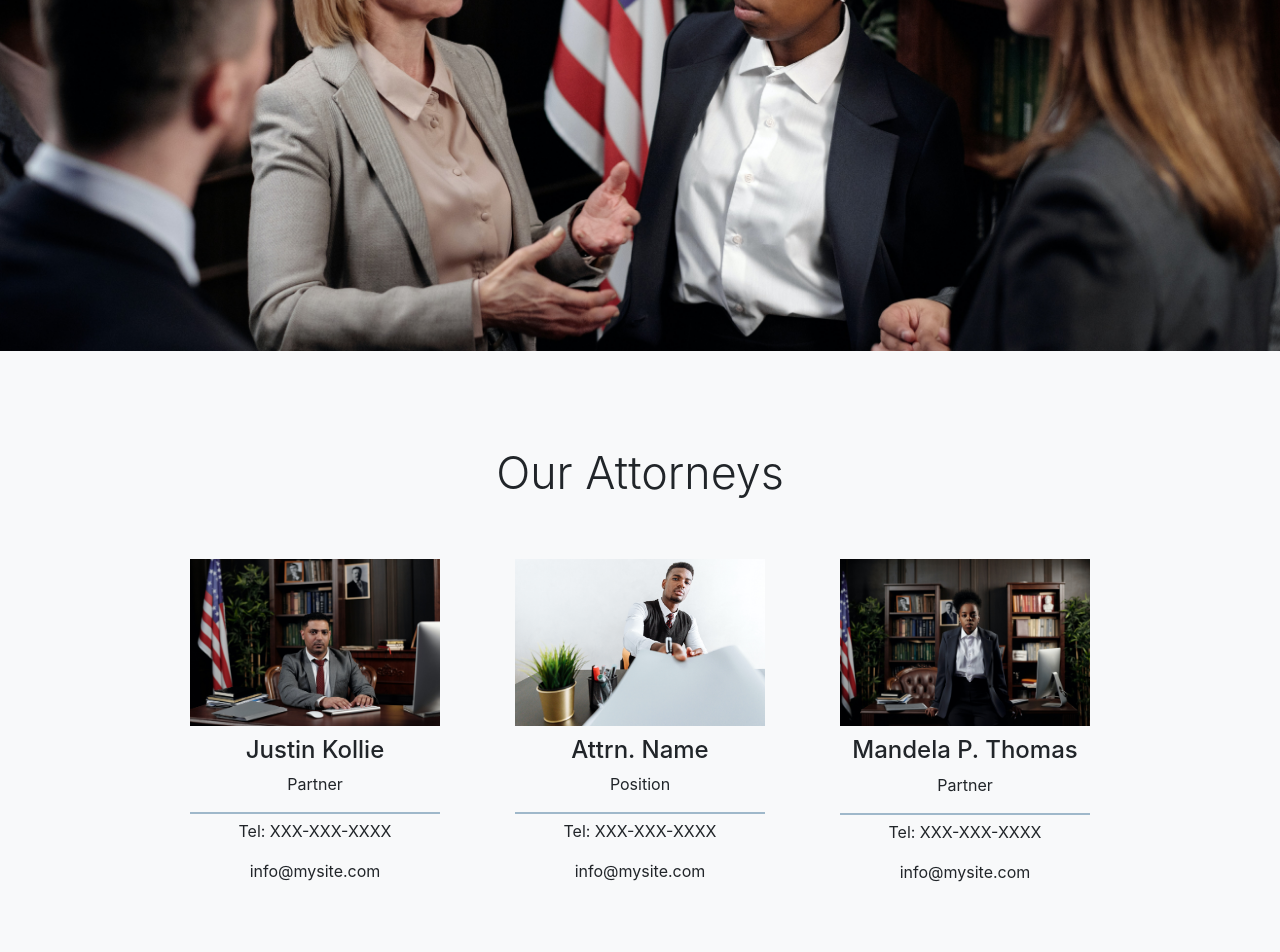
Repository: just-mann/kolllie-kolliellp
Page: index.html
These files come from the project's save history. The page is drawn as it stood at one moment and after a run of saves; the edit follows.
The browser window is 1280 px wide. The pictures show the part of the page from y = 2221 to 3173 px (the page is 4556 px tall).
Backgrounds fixed to the window are drawn as part of the page.

Above is the page before, as saved 2021-06-02 05:39:43.

### index.html
<!DOCTYPE html>
<html lang="en">
<head>
    <meta charset="UTF-8">
    <meta name="viewport" content="width=device-width, initial-scale=1.0">
    <meta http-equiv="X-UA-Compatible" content="ie=edge">
    <meta name="Description" content="Enter your description here"/>
    <!-- Font Awesome Icons -->
    <link rel="stylesheet" href="https://cdnjs.cloudflare.com/ajax/libs/font-awesome/5.15.3/css/all.min.css" referrerpolicy="no-referrer" />
    <link rel="stylesheet" href="https://cdnjs.cloudflare.com/ajax/libs/twitter-bootstrap/4.6.0/css/bootstrap.min.css">
    <link rel="stylesheet" href="https://cdnjs.cloudflare.com/ajax/libs/font-awesome/5.15.2/css/all.min.css">
    <link rel="stylesheet" href="assets/css/utilities.css">
    <link rel="stylesheet" href="assets/css/style.css">
    <title>Kollie & Thomas LLP</title>
</head>
<body>
    <nav class="myNavbar px-2 bg-light shadow-sm">
        <div class="myContainer">
            <a href="#" class="myLogo"><h3>Kollie & Thomas LLP</h3></a>
            <div class="links">
                <a href="#">Home</a>
                <a href="#practiceArea">Practice Areas</a>
                <a href="#ourVision">Our Vision</a>
                <a href="#ourAttorneys">Attorneys</a>
                <a href="#contact">Contact</a>
            </div>
            <i class="fas fa-bars fa-1x toggleBar"></i>
        </div>
    </nav>
    <section class="heroSection">
        <div class="myContainer">
            <h3><span>Boutique</span>Law Firm</h3>
            <p>Specializing in Commercial Law & Litigation, Insolvency & Fraud</p>
        </div>
    </section>
    <section class="practiceArea py-5 px-4 bg-light" id="practiceArea">
        <div class="myContainer py-5">
            <div class="practiceArreaDiv p-4">
                <div class="left__side px-3 py-4">
                    <h3><span>Practice</span> Areas</h3>
                </div>
                <div class="right__side px-3 py-4">
                    <ul>
                        <div class="left px-3">
                            <li><h4>Litigation</h4></li>
                            <p>Lorem ipsum dolor sit amet consectetur adipisicing elit. Accusamus cumque iusto quae minima?</p>
                            <li><h4>Insolvency</h4></li>
                            <p>Lorem ipsum dolor sit amet consectetur adipisicing elit. Accusamus cumque iusto quae minima?</p>
                            <li><h4>Dispute Resolution</h4></li>
                            <p>Lorem ipsum dolor sit amet consectetur adipisicing elit. Accusamus cumque iusto quae minima?</p>
                        </div>
                        <div class="right px-3">
                            <li><h4>Business</h4></li>
                            <p>Lorem ipsum dolor sit amet consectetur adipisicing elit. Accusamus cumque iusto quae minima?</p>
                            <li><h4>Fraud</h4></li>
                            <p>Lorem ipsum dolor sit amet consectetur adipisicing elit. Accusamus cumque iusto quae minima?</p>
                            <li><h4>Tax</h4></li>
                            <p>Lorem ipsum dolor sit amet consectetur adipisicing elit. Accusamus cumque iusto quae minima?</p>
                        </div>
                    </ul>
                </div>
            </div>
        </div>
    </section>
    <section class="ourVision px-4 py-5" id="ourVision">
        <div class="myContainer">
            <div class="ourVisionDiv py-5">
                <h3>Our Mission</h3>
                <div>
                    <p>Lorem, ipsum dolor sit amet consectetur adipisicing elit. Deleniti, libero. Voluptatem laboriosam ipsum esse sint deserunt laudantium accusamus nam veniam ad? A deserunt nostrum rerum?</p>
                </div>
                <div>
                    <p>Lorem, ipsum dolor sit amet consectetur adipisicing elit. Deleniti, libero. Voluptatem laboriosam ipsum esse sint deserunt laudantium accusamus nam veniam ad? A deserunt nostrum rerum?</p>
                </div>
                <div>
                    <p>Lorem, ipsum dolor sit amet consectetur adipisicing elit. Deleniti, libero. Voluptatem laboriosam ipsum esse sint deserunt laudantium accusamus nam veniam ad? A deserunt nostrum rerum?</p>
                </div>
            </div>
        </div>
    </section>
    <div class="parallaxImg">
        <!-- <img src="./assets/images/heroImage.jpg" alt="parallaxImg"> -->
    </div>
    <section class="ourAttorneys py-5 bg-light" id="ourAttorneys">
        <div class="myContainer py-5">
            <h3 class="text-center mb-5">Our Attorneys</h3>
            <div class="attorneysDiv">
                <div class="attCard">
                    <img src="./assets/images/attrny1.jpg" alt="att1">
                    <div class="firstDiv">
                        <h4>Justin Kollie</h4>
                        <p>Partner</p>
                    </div>
                    <div class="secondDiv">
                        <p>Tel: XXX-XXX-XXXX</p>
                        <p>info@mysite.com</p>
                    </div>
                </div>
                <div class="attCard">
                    <img src="./assets/images/attrny3.jpg" alt="att2">
                    <div class="firstDiv">
                        <h4>Attrn. Name</h4>
                        <p>Position</p>
                    </div>
                    <div class="secondDiv">
                        <p>Tel: XXX-XXX-XXXX</p>
                        <p>info@mysite.com</p>
                    </div>
                </div>
                <div class="attCard">
                    <img src="./assets/images/attrny2.jpg" alt="att1">
                    <div class="firstDiv">
                        <h4>Mandela P. Thomas</h4>
                        <p>Partner</p>
                    </div>
                    <div class="secondDiv">
                        <p>Tel: XXX-XXX-XXXX</p>
                        <p>info@mysite.com</p>
                    </div>
                </div>
            </div>
        </div>
    </section>
    <section class="contact py-5" id="contact">
        <div class="myContainer">
            <div class="contactDiv">
                <div class="left__side">
                    <h3>Contact Us</h3>
                </div>
                <div class="right__side">
                    <h4 class=><span>Our</span> Address</h4>
                    <div class="addressDiv">
                        <p>500 Terry Francois St. San Francisco, CA 94158</p>
                        <p>Email: info@mysite.com</p>
                        <p>Tel:  123-456-7890</p>
                    </div>
                    <div class="clickToFind my-4 py-4">
                        <a href="#">Click Here to Find Us</a>
                    </div>
                    <form action="">
                        <div class="left__side">
                            <div>
                                <label for="firstName">First Name *</label>
                                <input type="text" name="firstName" required>
                            </div>
                            <div>
                                <label for="lastName">Last Name *</label>
                                <input type="text" name="lastName" required>
                            </div>
                            <div>
                                <label for="email">Email *</label>
                                <input type="email" name="name" required>
                            </div>
                            <div>
                                <label for="subject">Subject *</label>
                                <input type="text" name="subject" required>
                            </div>
                        </div>
                        <!-- <div class="right__side"> -->
                            <label for="message" class="messageLabel">Message *</label>
                            <textarea name="message" id="message" cols="30" rows="10" required></textarea>
                        <!-- </div> -->
                        <div class="my-4">
                            <input type="submit" value="Send">
                        </div>
                    </form>
                </div>
            </div>
        </div>
    </section>
    <section class="backUpTop bg-dark text-center p-4">
        <div class="myContainer">
            <i class="fas fa-angle-double-up fa-2x text-light"></i>
        </div>
    </section>
    <footer class="footer">
        <div class="myContainer">
            <p>© 2021 Kollie & Thomas LLP. Proudly created by Justin Kollie</p>
        </div>
    </footer>
    <!-- Optional Scripts -->
    <script src="assets/scripts/myScript.js"></script>
    <script src="https://cdnjs.cloudflare.com/ajax/libs/jquery/3.5.1/jquery.slim.min.js"></script>
    <script src="https://cdnjs.cloudflare.com/ajax/libs/popper.js/1.16.1/umd/popper.min.js"></script>
    <script src="https://cdnjs.cloudflare.com/ajax/libs/twitter-bootstrap/4.6.0/js/bootstrap.min.js"></script>
</body>
</html>

### assets/css/utilities.css
:root {
    --primaryColor: #274f9bf3;
}

a {
    text-decoration: none;
}

a:hover {
    text-decoration: none;
}

ul li {
    list-style-type: square;
}

.myContainer {
    max-width: 1100px;
    margin: 0 auto;
    padding: 10px 25px;
}

### assets/css/style.css
* {
    padding: 0;
    margin: 0;
    box-sizing: border-box;
}

html {
    scroll-behavior: smooth;
}



/* Navbar */
.myNavbar {
    padding: 15px 0px;
    background-color: #ece6e6;
    position: sticky;
    top: 0;
    left: 0;
    width: 100%;
    z-index: 100;
}

.myNavbar .myContainer {
    display: flex;
    justify-content: space-between;
    align-items: center;
}

.myNavbar .myContainer .myLogo h3 {
    font-size: 1.5em;
}

.myNavbar .myContainer .links {
    display: flex;
    justify-content: center;
    align-items: center;
}

.toggleBar {
    font-size: 1.6em;
    display: none;
    transition: cursor 0.6s;
}

.toggleBar:hover {
    cursor: pointer;
}

.ourVision {
    background-color: #2f6d91da;
    color: white;
    /* padding: 30px 10px; */
}

.ourVisionDiv h3 {
    font-weight: 400;
    font-size: 2.6rem;
    text-align: left;
    margin-bottom: 25px;
    /* margin: 40px auto; */
}

.ourVisionDiv p {
    font-weight:300;
    font-size: 1.2rem;
    line-height: 2rem;
}

.parallaxImg {
    background-image: url('../images/parallaxImg.jpg');
    min-height: 500px;
    background-attachment: fixed;
    background-position: center;
    background-origin: center;
    background-repeat: no-repeat;
    background-size: cover;
}

.parallaxImg img {
    width: 100%;
}

.contact {
    position: relative;
    background: url('../images/contactBgImage.jpg') no-repeat center center / cover;
}

.contact::before {
    content: "";
    position: absolute;
    top: 0;
    left: 0;
    background: #2f6d91da;
    width: 100%;
    height: 100%;
}

.contact .myContainer * {
    display: flex;
    flex-direction: column;
    justify-content: center;
    align-items: flex-start;
    width: 100%;
    z-index: 50;
}

.contactDiv .left__side h3 {
    font-weight: 500;
    color: white;
}

.contactDiv .right__side h4 {
    font-weight: 300;
    color: white;
}

.contactDiv .right__side h4 span {
    font-weight: 600;
}

.contactDiv .right__side .addressDiv p {
    font-size: 1rem;
    font-weight: 400;
    margin: 5px 0px;
    color: white;
}

.contactDiv .right__side .clickToFind a {
    text-decoration: underline;
    font-size: 1.4rem;
    color: white;
}

form label {
    color: white;
    font-size: 1.3rem;
}

.backUpTop .myContainer i {
    font-weight: 600;
}

.backUpTop .myContainer i:hover {
    cursor: pointer;
}

input[type="submit"] {
    width: 100%;
    background-color: transparent;
    border: 2px solid white;
    border-radius: 5px;
    font-weight: 500;
    letter-spacing: 1px;
    display: flex;
    padding: 10px;
    color: white;
    justify-content: center;
    text-align: center;
}

form div input, textarea {
    border: 3px solid #223755;
    border-radius: 3px;
    padding: 5px 10px;
}

/* Non mobile */
.myNavbar .myContainer .links a {
    padding: 0px 10px;
    font-size: 16px;
    font-weight: 400;
    text-transform: uppercase;
}

/* Desktop Scree Size Starts */
@media screen and (min-width: 900px) {
    .heroSection {
        position: relative;
        background-image: url('../images/heroImage.jpg');
        min-height: 500px;
        background-attachment: fixed;
        background-position: center;
        background-origin: center;
        background-repeat: no-repeat;
        background-size: cover;
        height: 85vh;
        display: flex;
        justify-content: start;
        align-items: left;
        /* background-color: #ffffff;
        background: url('../images/heroImage.jpg') no-repeat center center / cover; */
    }

    .heroSection .myContainer {
        display: flex;
        flex-direction: column;
        width: 100%;
        align-items: start;
        z-index: 50;
        padding: 10px 50px;
        background-attachment: fixed;
    }

    .heroSection::before {
        position: absolute;
        content: "";
        top: 0;
        left: 0;
        background: rgba(47, 109, 145, 0.78);
        width: 40%;
        height: 100%;
        z-index: 0;
    }

    .heroSection .myContainer h3 span {
        color: white;
        font-size: 3rem;
        font-weight: 600;
        margin: 10px 0px;
        text-transform: uppercase;
        display: block;
    }

    .heroSection .myContainer h3 {
        color: white;
        font-size: 2rem;
        font-weight: 300;
        margin-top: 180px;
        text-transform: uppercase;
    }

    .heroSection .myContainer p {
        color: white;
        max-width: 320px;
        margin: 15px 0px;
        font-size: 1.4rem;
    }

    .practiceArea .myContainer .practiceArreaDiv {
        display: grid;
        grid-template-columns: 1fr 2fr;
        gap: 30px;
    }

    .practiceArreaDiv .right__side ul {
        display: grid;
        grid-template-columns: 1fr 1fr;
        gap: 25px;
    }

    .ourVision .myContainer .ourVisionDiv h3 {
        text-align: center;
    }

    .ourVision .myContainer .ourVisionDiv div {
        max-width: 650px;
        margin: 0 auto;
        text-align: center;
    }

    .ourAttorneys .myContainer .attorneysDiv {
        width: 100%;
        margin: 0 auto;
        display: flex;
        justify-content: space-evenly;

        /* grid-template-columns: repeat(3, 1fr); */
    }

    .ourAttorneys .myContainer .attorneysDiv .attCard {
        width: 250px;
        margin: 10px 0px;
    }

    .ourAttorneys .myContainer .attorneysDiv .attCard img {
        width: 100%;
    }

    .attCard .firstDiv {
        padding: 10px 0px 0px 0px;
        text-align: center;
        border-bottom: 2px solid #6991ac9d;
    }

    .secondDiv {
        text-align: center;
        padding: 5px 0px;
    }

    .ourAttorneys .myContainer h3 {
        text-align: center;
        font-size: 2.8em;
        font-weight: 350;
        margin-bottom: 25px;
    }

}


/* Desktop Screen Size Ends */


/* Responsive */
@media screen and (max-width: 900px) {
    .myNavbar .myContainer .links {
        display: none;
    }

    .toggleBar {
        display: block;
    }

    .heroSection {
        position: relative;
        height: 75vh;
        display: flex;
        justify-content: center;
        align-items: center;
        background-color: #ffffff;
        background: url('../images/heroImage.jpg') no-repeat center center / cover;
    }

    .heroSection .myContainer {
        display: flex;
        flex-direction: column;
        justify-content: center;
        align-items: start;
        z-index: 50;
    }

    .heroSection::before {
        position: absolute;
        content: "";
        top: 50;
        /* bottom: 40; */
        right: 0;
        background: rgba(47, 109, 145, 0.78);
        width: 95%;
        height: 70%;
        z-index: 0;
    }

    .heroSection .myContainer h3 span {
        color: white;
        font-size: 3rem;
        font-weight: 600;
        margin: 10px 0px;
        text-transform: uppercase;
        display: block;
    }

    .heroSection .myContainer h3 {
        color: white;
        font-size: 2rem;
        font-weight: 300;
        text-transform: uppercase;
    }

    .heroSection .myContainer p {
        color: white;
        max-width: 320px;
        margin: 15px 0px;
        font-size: 1.4rem;
    }

    .practiceArreaDiv .left__side h3 span {
        font-size: 2.5rem;
        text-transform: uppercase;
        display: block;
        font-weight: 600;
        margin: 5px 0px;
    }

    .left__side h3 {
        font-size: 2.4rem;
        text-transform: uppercase;
        font-weight: 300;
    }

    .right__side {
        padding: 30px 10px;
        /* background-color: white; */
    }

    .parallaxImg {
        background-image: url('../images/parallaxImg.jpg');
        min-height: 500px;
        background-attachment: scroll;
        background-position: center;
        background-repeat: no-repeat;
        background-size: cover;
    }

    .attorneysDiv {
        grid-template-columns: 1fr;
        width: 100%;
        margin: 0 auto;
    }

    .ourAttorneys .myContainer h3 {
        text-align: center;
        font-size: 2.8em;
        font-weight: 350;
        margin-bottom: 25px;
    }

    .attCard {
        width: 100%;
        padding: 0px 20px;
        margin: 0px auto 35px auto;
        /* text-align: center; */
    }

    .attCard img {
        min-height: 200px;
        width: 100%;
    }

    .attCard .firstDiv {
        padding: 10px 0px 0px 0px;
        text-align: center;
        border-bottom: 2px solid #6991ac9d;
    }

    .secondDiv {
        text-align: center;
        padding: 5px 0px;
    }

    form {
        /* background: pink; */
        max-width: 100%;
    }

    form div {
        margin: 7px 0px;
        /* padding: 0px 5px; */
        max-width: 100%;
    }

    form label {
        display: block;
        color: white;
    }

    form input {
        width: 100%;
    }

    form input {
        padding: 5px 10px;
    }

    form .right__side textarea {
        width: 100%;
        padding: 5px 10px;
    }




}

### assets/scripts/myScript.js
console.log('It works');

After the next 6 saves:
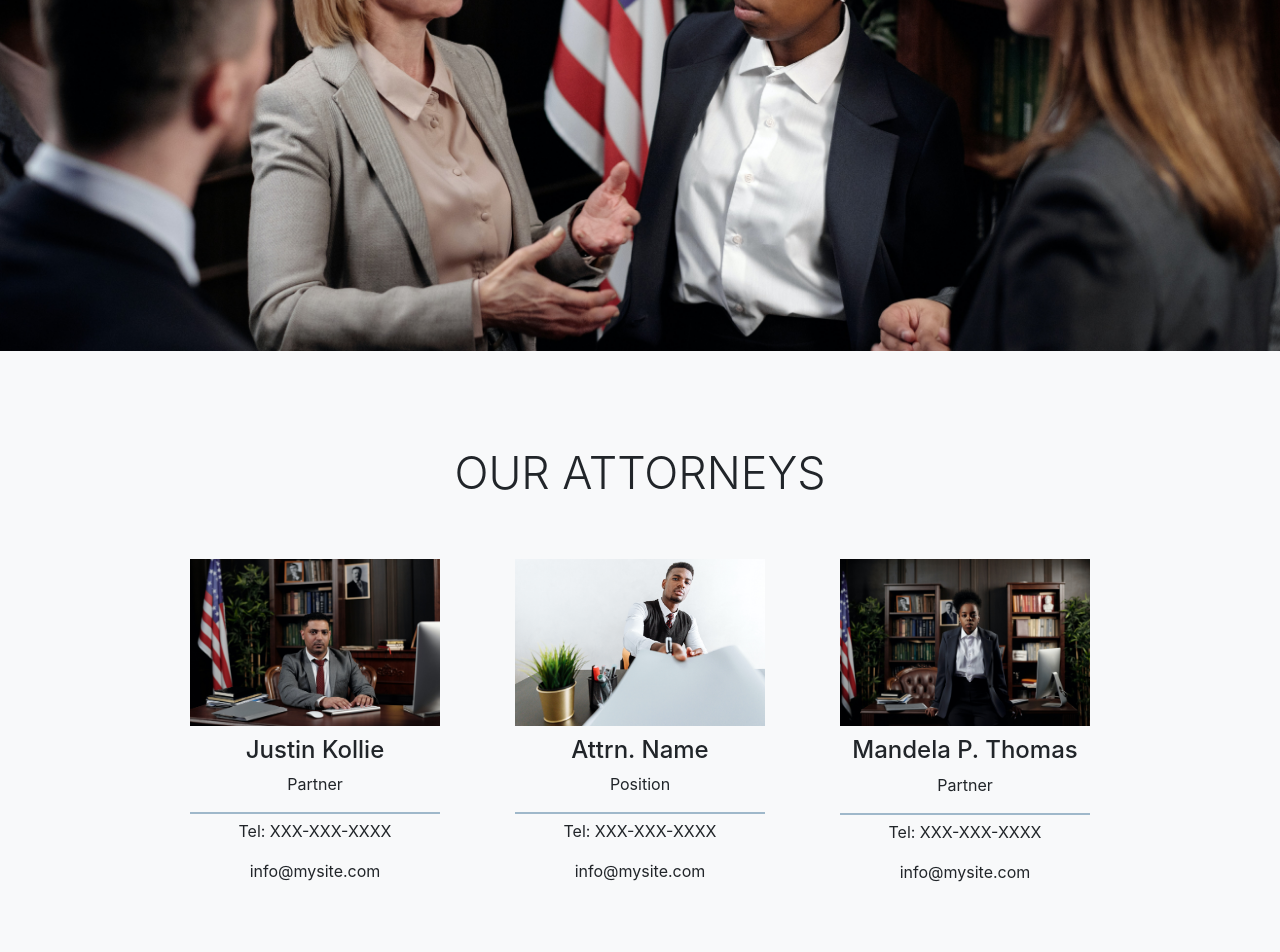
The 6 saves are shown as one change because they came seconds apart.
The last was saved 2 min 30 s later.
--- a/assets/css/style.css
+++ b/assets/css/style.css
@@ -293,6 +293,7 @@ form div input, textarea {
         font-size: 2.8em;
         font-weight: 350;
         margin-bottom: 25px;
+        text-transform: uppercase;
     }
 
 }
